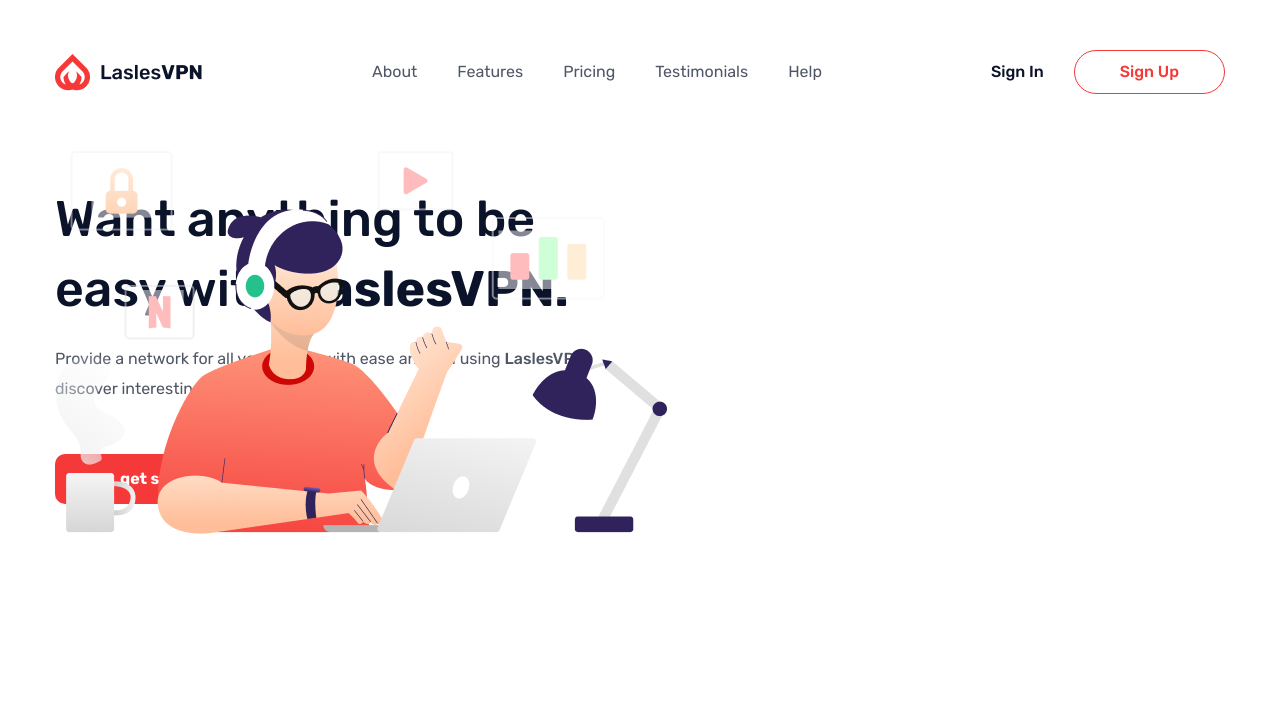
Repository: longvuht/lasles-VPN-vu
Page: index.html
The author's editor kept a copy of each file at every save. The page is drawn from the files as they stood at one save, then again after the next save.
The browser window is 1280 px wide. The pictures show the whole page.
The style sheet was rebuilt from its Sass, Less or Tailwind sources for each picture, by a compiler version that may differ from the author's.

Above is the page before, as saved 2022-09-10 16:48:01.

### index.html
<!DOCTYPE html>
<html lang="en">
  <head>
    <meta charset="UTF-8" />
    <meta name="viewport" content="width=device-width, initial-scale=1.0" />
    <title>lasles vpn vu</title>
    <link rel="preconnect" href="https://fonts.googleapis.com" />
    <link rel="preconnect" href="https://fonts.gstatic.com" crossorigin />
    <link
      href="https://fonts.googleapis.com/css2?family=Rubik:wght@400;500;700&display=swap"
      rel="stylesheet"
    />
    <link rel="stylesheet" href="./css/style.css" />
  </head>
  <body>
    <div class="wrapper">
      <header class="header">
        <div class="container">
          <div class="header-container">
            <img
              src="./img/header-logo.png"
              alt="header logo"
              class="header-logo"
            />
            <ul class="menu">
              <li class="menu-item">
                <a href="#" class="menu-link">About</a>
              </li>
              <li class="menu-item">
                <a href="#" class="menu-link">Features</a>
              </li>
              <li class="menu-item">
                <a href="#" class="menu-link">Pricing</a>
              </li>
              <li class="menu-item">
                <a href="#" class="menu-link">Testimonials</a>
              </li>
              <li class="menu-item">
                <a href="#" class="menu-link">Help</a>
              </li>
            </ul>
            <div class="header-auth">
              <a href="#none" class="header-signin">sign in</a>
              <a href="#none" class="button button--outline">sign up</a>
            </div>
          </div>
        </div>
      </header>
      <main>
        <section class="hero">
          <div class="container">
            <div class="hero-container">
              <div class="hero-content">
                <h1 class="hero-heading">
                  Want anything to be easy with <strong>LaslesVPN.</strong>
                </h1>
                <p class="hero-desc">
                  Provide a network for all your needs with ease and fun using
                  <strong>LaslesVPN</strong> discover interesting features from
                  us.
                </p>
                <a href="#" class="button button--rounded button--primary"
                  >get stated</a
                >
              </div>
              <div class="hero-image">
                <img src="./img/hero-img.png" alt="hero image" />
              </div>
            </div>
          </div>
        </section>
      </main>
    </div>
  </body>
</html>

### sass/app.scss
@import "reset";
@import "variables";
@import "global";
@import "header";
@import "hero";

### sass/_variables.scss
$font: "Rubik", sans-serif;
$text-color: #4f5665;
$heading-color: #0b132a;
$primary-color: #f53838;
$grey-color: #dde0e4;

### sass/_global.scss
.wrapper {
  max-width: 1440px;
  margin: 0 auto;
}
.container {
  max-width: 1170px;
  margin: 0 auto;
  padding: 0 15px;
}

body {
  line-height: 1;
  font-family: $font;
  color: $text-color;
  font-size: 16px;
  font-weight: 400;
}

.button {
  display: inline-block;
  padding: 13px 45px;
  border-radius: 100rem;
  font-family: $font;
  line-height: 1;
  font-weight: 500;
  font-size: 16px;
  text-decoration: none;
  outline: none;
  cursor: pointer;
  &--primary {
    font-weight: 700;
    background-color: $primary-color;
    color: #fff;
  }
  &--outline {
    background-color: transparent;
    color: $primary-color;
    font-weight: 500;
    border: 1px solid;
  }
  &--rounded {
    border-radius: 10px;
    padding: 17px 65px;
  }
}

### sass/_header.scss
.header {
  padding-top: 50px;
  padding-bottom: 90px;
  &-container {
    display: flex;
    justify-content: space-between;
    align-items: center;
  }
  &-auth {
    display: flex;
    align-items: center;
    gap: 0 30px;
    text-transform: capitalize;
  }
  &-signin {
    font-weight: 500;
    color: $heading-color;
    text-decoration: none;
  }
}

.menu {
  list-style: none;
  display: flex;
  align-items: center;
  gap: 0 40px;
  &-link {
    color: inherit;
    text-decoration: none;
  }
}

### sass/_hero.scss
.hero {
  &-container {
    display: flex;
    justify-content: space-between;
    align-items: center;
    position: relative;
  }
  &-content {
    width: 100%;
    max-width: 555px;
  }
  &-image {
    position: absolute;
  }

  &-heading {
    font-size: 50px;
    font-weight: 500;
    margin-bottom: 20px;
    line-height: calc(70 / 50);
    color: $heading-color;
    strong {
      font-weight: 700;
    }
  }
  &-desc {
    line-height: calc(30 / 16);
    margin-bottom: 50px;
    strong {
      font-weight: 500;
    }
  }
}

Loaded but not shown: sass/_reset.scss (common file)

After the next save:
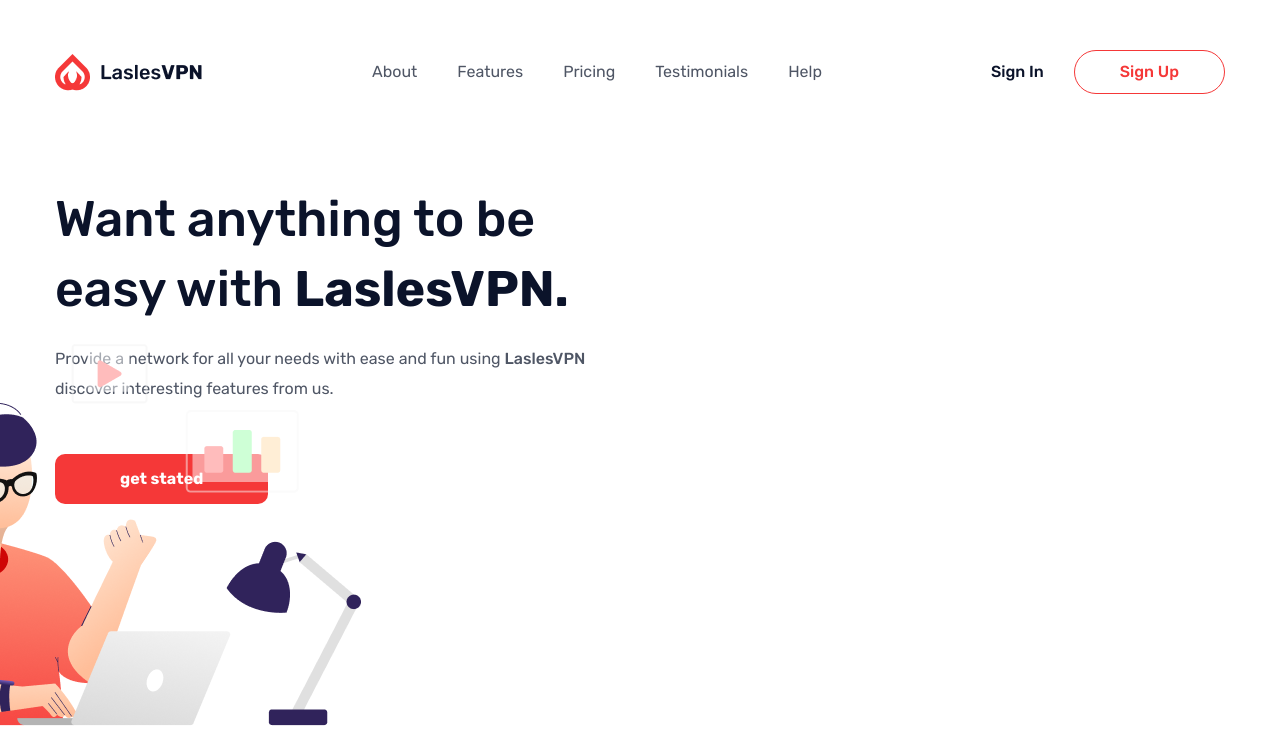
Saved 15 s later.
--- a/sass/_hero.scss
+++ b/sass/_hero.scss
@@ -11,6 +11,8 @@
   }
   &-image {
     position: absolute;
+    top: 50%;
+    transform: translateX(-50%);
   }
 
   &-heading {
